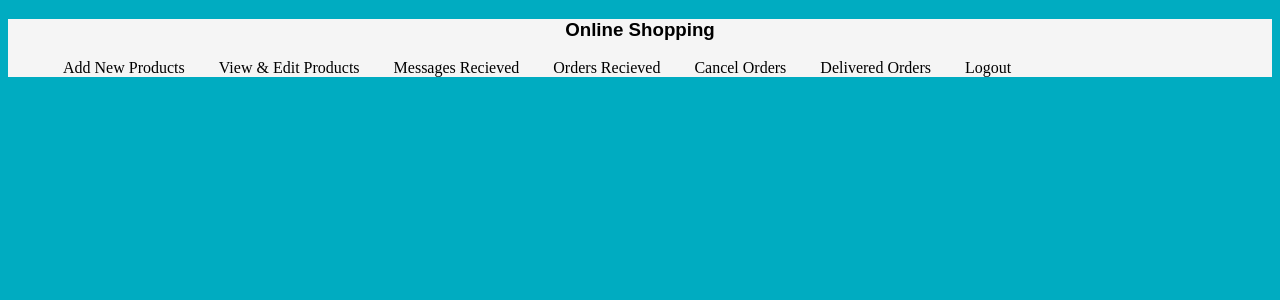
Repository: NidhiDaniel/E-Cart
Page: http://localhost/Online-Shopping-Cart/admin/addproduct.jsp
An editor plug-in stored every save of this project. The page is shown before and after the next save, followed by the edit.
The browser window is 1280 px wide. The pictures show the whole page.
The page is served by Tomcat 9. Other server files are loaded and not shown.

Above is the page before, as saved 2024-01-05 10:08:57.

### Online-Shopping-Cart/src/main/webapp/admin/addproduct.jsp
<%@ page language="java" contentType="text/html; charset=ISO-8859-1"
    pageEncoding="ISO-8859-1"%>
    <%@include file="adminheader.jsp" %>
<!DOCTYPE html>
<html>
<head>
<meta charset="ISO-8859-1">
<title>Insert title here</title>
</head>
<body>

</body>
</html>

### Online-Shopping-Cart/src/main/webapp/admin/adminheader.jsp
<%@ page language="java" contentType="text/html; charset=ISO-8859-1"
	pageEncoding="ISO-8859-1"%>
<!DOCTYPE html>
<html>
<head>
<meta charset="ISO-8859-1">
<title>Insert title here</title>
<link rel="stylesheet" type="text/css" href="../css/header.css">
</head>
<body>
	<div class="header">
	   <h3>Online Shopping</h3>
		<ul>
			<li><a href="#"> Add New Products</a></li>
			<li><a href="#"> View & Edit Products</a></li>
			<li><a href="#"> Messages Recieved</a></li>
			<li><a href="#"> Orders Recieved</a></li>
			<li><a href="#"> Cancel Orders</a></li>
			<li><a href="#"> Delivered Orders</a></li>
			<li><a href="#"> Logout</a></li>
		</ul>

	</div>
</body>
</html>

### Online-Shopping-Cart/src/main/webapp/css/header.css
@charset "ISO-8859-1";
body{
	background: #00ACC1;
}
.header{
	width: auto;
	height:auto;
	background: #f5f5f5;
}
.header ul li{
	list-style: none;
	display: inline-block;

}
.header h3{
	text-align: center;
	font-family: sans-serif;
	font-weight: 900;
}
.header ul li a{
	margin: 15px;
    text-decoration: none;
    color: black;
    font-weight: 500;
}

### Online-Shopping-Cart/src/main/webapp/footer.jsp
<%@ page language="java" contentType="text/html; charset=ISO-8859-1"
    pageEncoding="ISO-8859-1"%>
<!DOCTYPE html>
<html>
<head>
<meta charset="ISO-8859-1">
<title>Insert title here</title>
<link rel="stylesheet" type="text/css" href="../css/footer.css">
</head>
<body>
<div class="footer">
<p>All rights recieved</p>
</div>
</body>
</html>

### Online-Shopping-Cart/src/main/webapp/css/footer.css
@charset "ISO-8859-1";
.footer{
	background: #f5f5f5;
}
.footer p{
text-align: center;
}

After the next save:
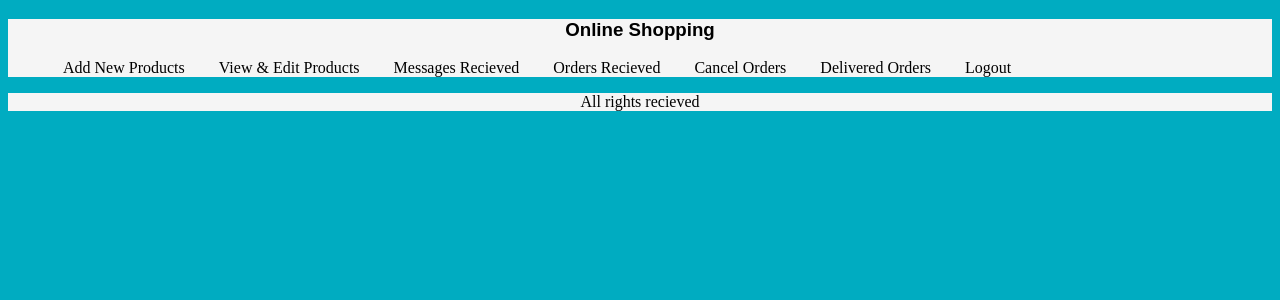
Saved 12 s later.
--- a/Online-Shopping-Cart/src/main/webapp/admin/addproduct.jsp
+++ b/Online-Shopping-Cart/src/main/webapp/admin/addproduct.jsp
@@ -11,3 +11,4 @@
 
 </body>
 </html>
+<%@include file="../footer.jsp" %>
